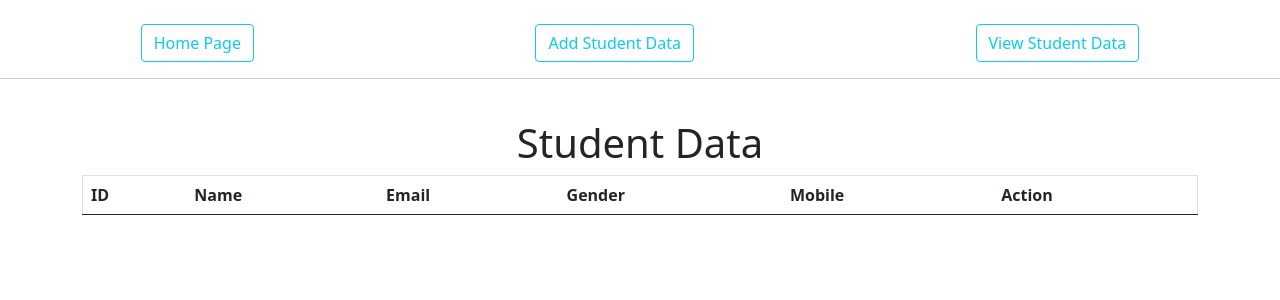
Repository: KrishMoradiya/Aixtor-Training-Projects-Backup
Page: http://localhost/CRUD_Student/StudentData.jsp
An editor plug-in stored every save of this project. The page is shown before and after the next save, followed by the edit.
The browser window is 1280 px wide. The pictures show the whole page.
The page is served by Tomcat 9. The template is opened directly, without the code that normally fills it, so the values that code supplies are empty.

Above is the page before, as saved 2023-12-26 15:49:32.

After the next save:
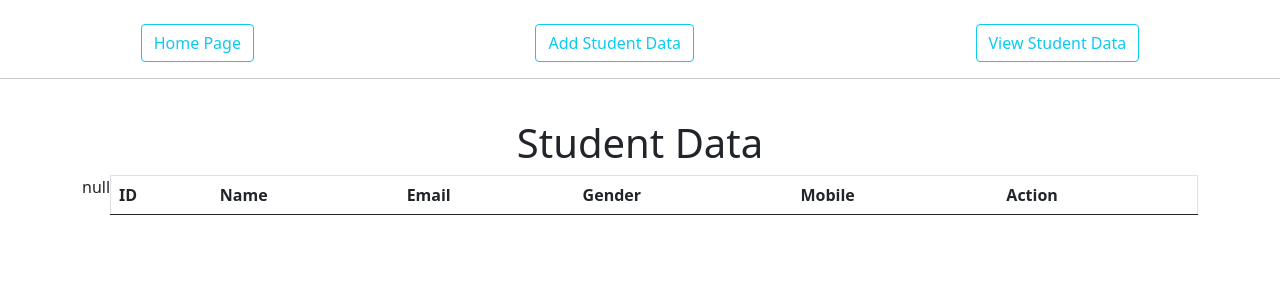
Saved 51 s later.
--- a/Workspace - Eclipse Enterprise Edition/CRUD_Student/src/main/webapp/StudentData.jsp
+++ b/Workspace - Eclipse Enterprise Edition/CRUD_Student/src/main/webapp/StudentData.jsp
@@ -31,6 +31,7 @@
 					try {
 
 						List<Student> studentDataList = (List<Student>) request.getAttribute("studentData");
+						out.print(studentDataList);
 						for (Student student : studentDataList) {
 					%>
 					<c:out value="${studentDataList}"></c:out>
